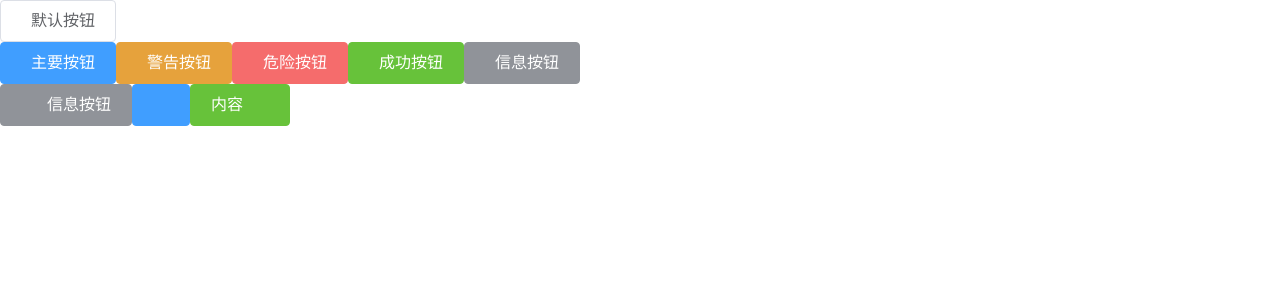
Repository: onlyadaydreamer/dreamer-ui
Page: /
The author's editor kept a copy of each file at every save. The page is drawn from the files as they stood at one save, then again after the next save.
The browser window is 1280 px wide. The pictures show the whole page.
The project was rebuilt for these pictures with package versions that can differ from the ones it lists, and the page was loaded fresh each time. Also part of the build but not shown: src/styles/icon.js, src/packages/index.js.

Above is the page before, as saved 2020-05-13 15:49:13.

After the next save:
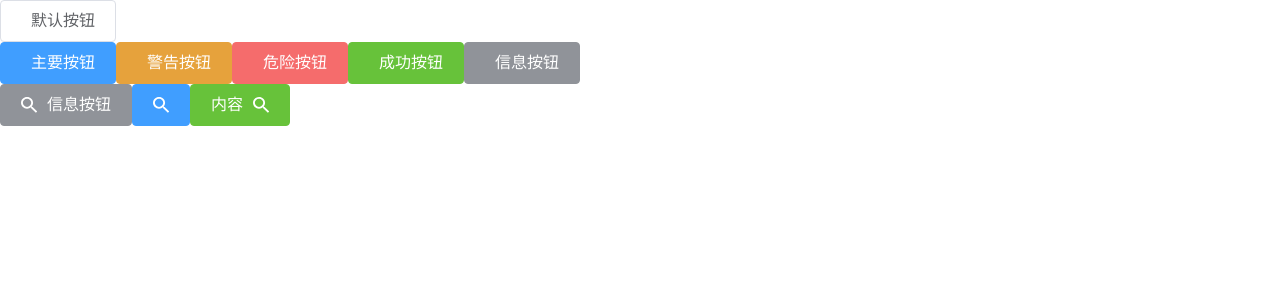
Saved 23 s later.
--- a/src/App.vue
+++ b/src/App.vue
@@ -11,9 +11,9 @@
         <dreamer-button type="info">信息按钮</dreamer-button>
         <br />
         <!-- 带icon的按钮 -->
-        <dreamer-button type="info" icon="sousuo">信息按钮</dreamer-button>
-        <dreamer-button type="primary" icon="sousuo"></dreamer-button>
-        <dreamer-button type="success" icon="sousuo" icon-position="right">内容</dreamer-button>
+        <dreamer-button type="info" icon="search">信息按钮</dreamer-button>
+        <dreamer-button type="primary" icon="search"></dreamer-button>
+        <dreamer-button type="success" icon="search" icon-position="right">内容</dreamer-button>
         <br />
     </div>
 </template>
